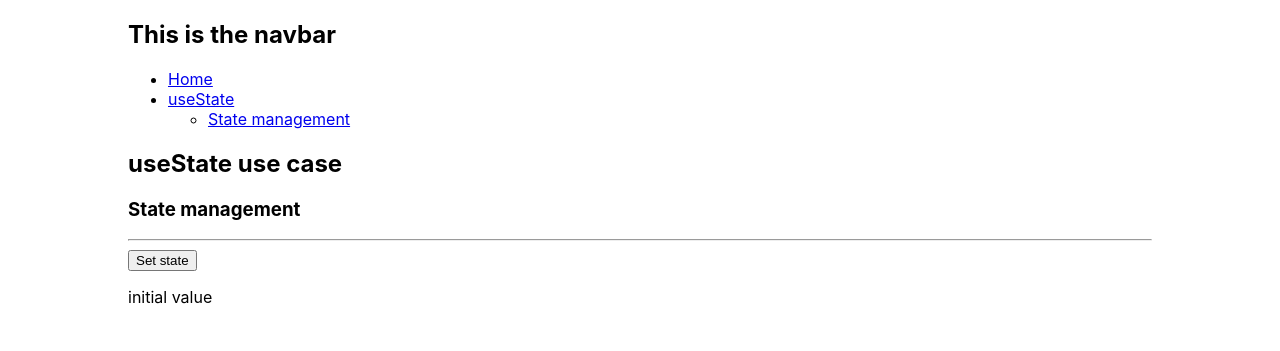
Repository: Colo-Codes/react-hooks-use-cases
Page: /usestate/state-management
The author's editor kept a copy of each file at every save. The page is drawn from the files as they stood at one save, then again after the next save.
The browser window is 1280 px wide. The pictures show the whole page.
The project was rebuilt for these pictures with package versions that can differ from the ones it lists, and the page was loaded fresh each time. Also part of the build but not shown: src/components/Home/Home.js, src/components/UseCaseUseState/UseCaseUseState.js.

Above is the page before, as saved 2021-09-07 09:28:28.

After the next save:
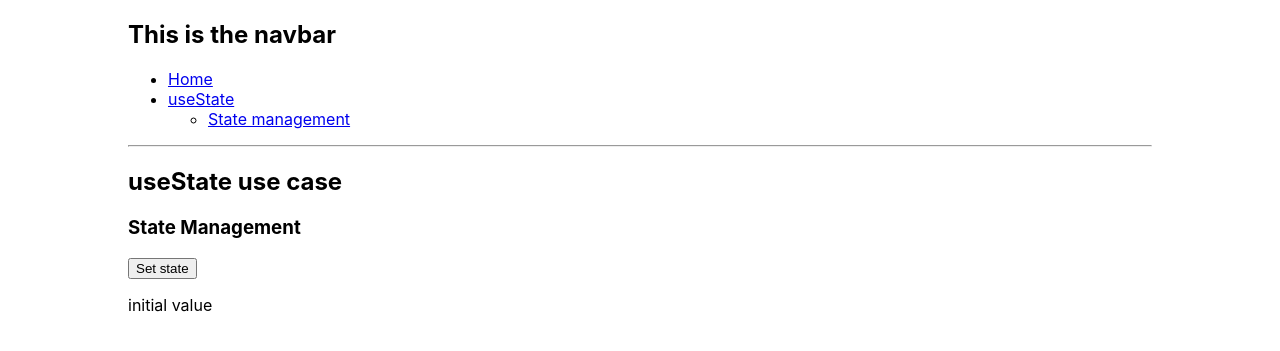
Saved 15 s later.
--- a/src/components/UseCaseUseState/UseCaseStateManagement.js
+++ b/src/components/UseCaseUseState/UseCaseStateManagement.js
@@ -11,9 +11,9 @@ const UseCaseStateManagement = props => {
 
     return (
         <>
+            <hr />
             <h2>useState use case</h2>
-            <h3>State management</h3>
-            <hr />
+            <h3>State Management</h3>
             <button onClick={clickHandler}>Set state</button>
             <p>{state}</p>
         </>
